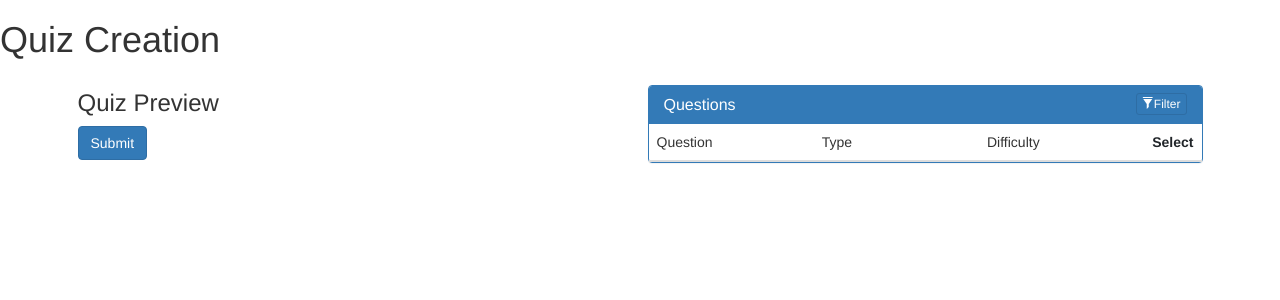
Repository: kavine24/CS490-Python-LMS
Page: html/portal/t/CreateQuiz.html
An editor plug-in stored every save of this project. The page is shown before and after the next save, followed by the edit.
The browser window is 1280 px wide. The pictures show the whole page.
The page's requests for data from a server got no answer. Some web libraries are served in a nearby version.

Above is the page before, as saved 2022-04-05 19:28:50.

After the next save:
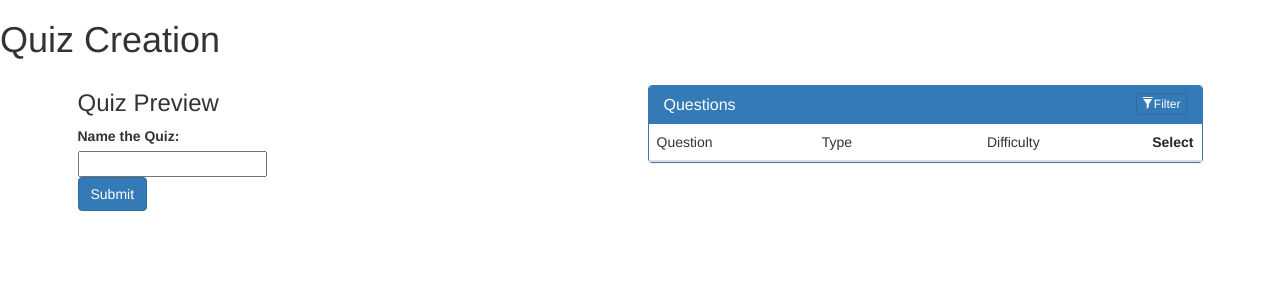
Saved 2 min 40 s later.
--- a/html/portal/t/CreateQuiz.html
+++ b/html/portal/t/CreateQuiz.html
@@ -40,10 +40,14 @@
     <h1>Quiz Creation</h1>
     <div class="container">
       <div class="row justify-content-around">
+
         <div class="col-6">
            <form id="createExam" onsubmit="submitExam()">
               <h3>Quiz Preview</h3>
-
+              <div class="col-3">
+                <label>Name the Quiz:</label>
+                <input id="quizName" required>
+              </div>
               <input class="btn btn-primary" id="submit" type="submit" placeholder="Submit" class="submit"></input>
            </form>
         </div>
